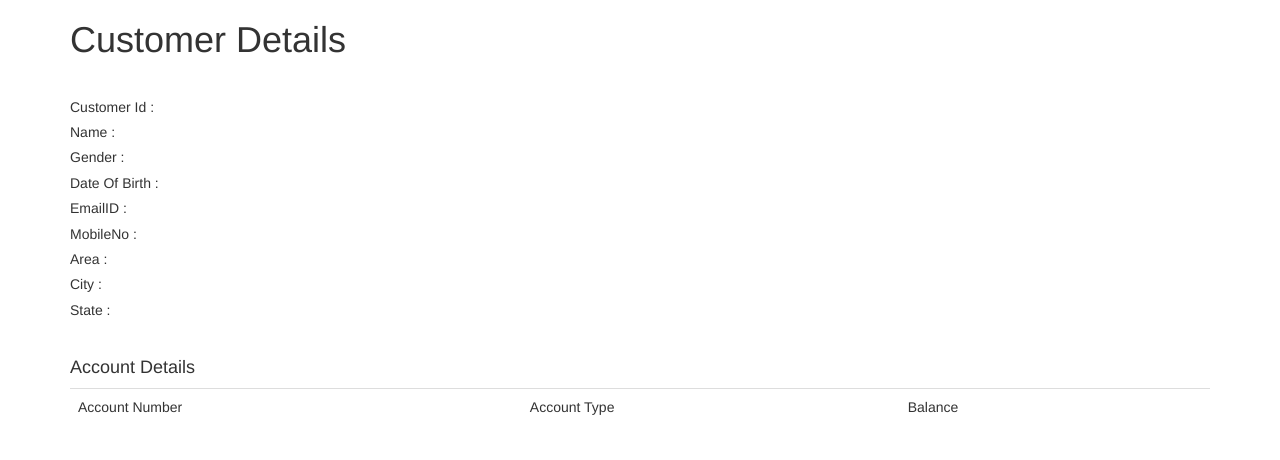
Repository: Shubham-Gawade/SpringHibernateTraining
Page: http://localhost/xorbankonline/WEB-INF/pages/showcustomer.jsp
The author's editor kept a copy of each file at every save. The page is drawn from the files as they stood at one save, then again after the next save.
The browser window is 1280 px wide. The pictures show the whole page.
The page is served by Tomcat 9. Nobody is signed in. Other server files are loaded and not shown. The template is opened directly, without the code that normally fills it, so the values that code supplies are empty.

Above is the page before, as saved 2021-10-06 13:16:52.

### xorbankonline/src/main/webapp/WEB-INF/pages/showcustomer.jsp
<%@ page language="java" contentType="text/html; charset=ISO-8859-1"
	pageEncoding="ISO-8859-1"%>
<%@taglib uri="http://java.sun.com/jsp/jstl/core" prefix="c"%>
<!DOCTYPE html>
<html>
<head>
<meta charset="ISO-8859-1">
<title>Insert title here</title>
<link rel="stylesheet" href="https://maxcdn.bootstrapcdn.com/bootstrap/3.3.7/css/bootstrap.min.css">
</head>
<body class="container">
	<h1>Customer Details</h1>
	<br>
	<h5>Customer Id : ${customer.personId}</h5>
	<h5>Name : ${customer.personName}</h5>
	<h5>Gender : ${customer.gender}</h5>
	<h5>Date Of Birth : ${customer.dateOfBirth}</h5>
	<h5>EmailID : ${customer.emailId}</h5>
	<h5>MobileNo : ${customer.mobileNo}</h5>
	<h5>Area : ${customer.address.area}</h5>
	<h5>City : ${customer.address.city}</h5>
	<h5>State : ${customer.address.state}</h5>

	<br>
	<h4>Account Details</h4>
	<table class="table">
		<tr>
			<td>Account Number</td>
			<td>Account Type</td>
			<td>Balance</td>
			<td></td>
		</tr>
		<c:forEach items="${customer.accounts}" var="account">
			<tr>
				<td>${account.accountNumber}</td>
				<td>${account.accountType}</td>
				<td>${account.balance}</td>
				<td><a href="showAccount/${account.accountNumber}"><button>Go To Account</button></a></td>
			</tr>
		</c:forEach>
	</table>
</body>
</html>

After the next save:
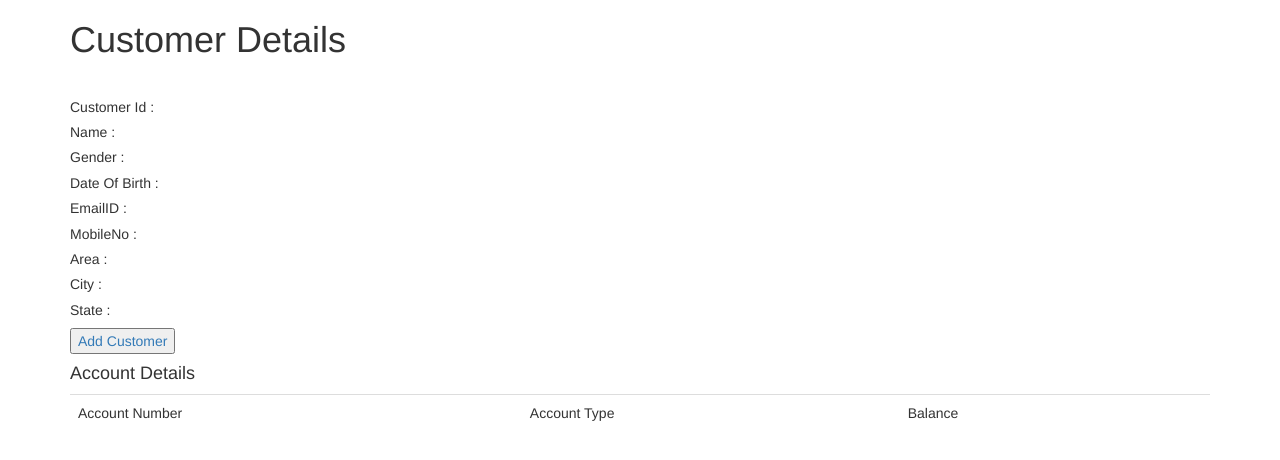
Saved 5 min 33 s later.
--- a/xorbankonline/src/main/webapp/WEB-INF/pages/showcustomer.jsp
+++ b/xorbankonline/src/main/webapp/WEB-INF/pages/showcustomer.jsp
@@ -21,6 +21,7 @@
 	<h5>City : ${customer.address.city}</h5>
 	<h5>State : ${customer.address.state}</h5>
 
+	<a href="addCustomer"><button>Add Customer</button></a>
 	<br>
 	<h4>Account Details</h4>
 	<table class="table">
